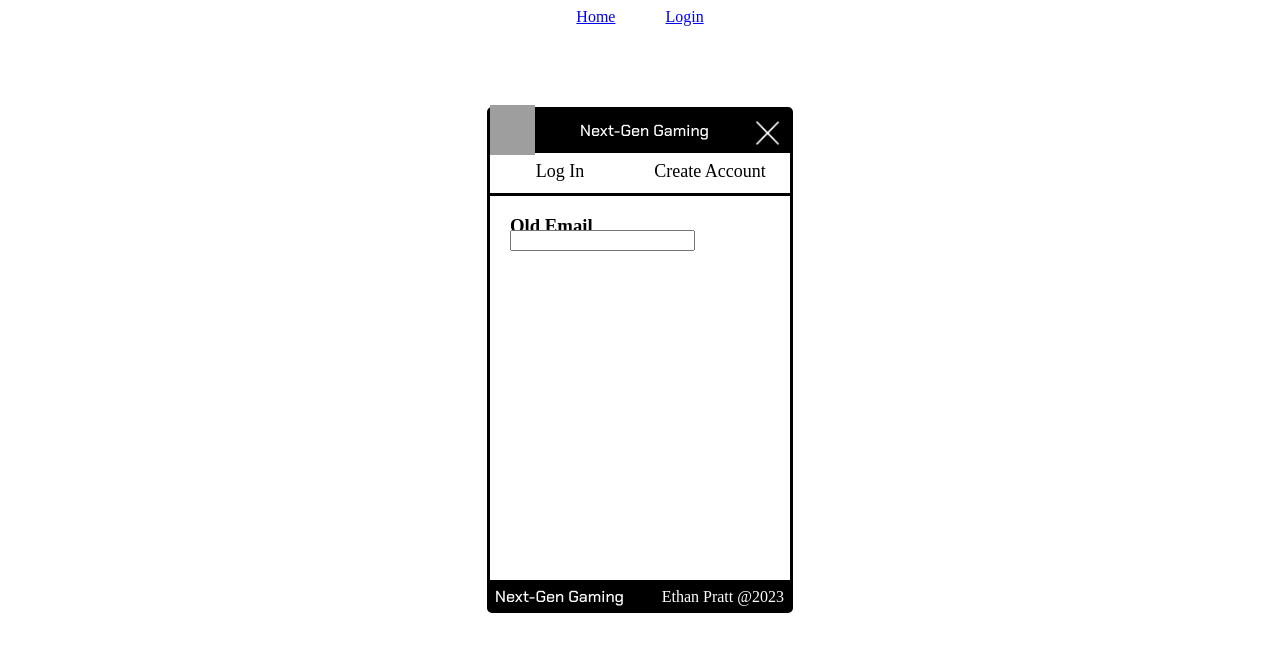
Repository: ghend99/login-page
Page: /change
The author's editor kept a copy of each file at every save. The page is drawn from the files as they stood at one save, then again after the next save.
The browser window is 1280 px wide. The pictures show the whole page.
Pictures or frames that could not be fetched are drawn as grey boxes. The project was rebuilt for these pictures with package versions that can differ from the ones it lists, and the page was loaded fresh each time. Also part of the build but not shown: src/css/Create2.css, src/pages/Home.tsx, src/config/firebase.ts, src/pages/Login.tsx, src/css/Create.css, src/pages/Create.tsx, src/pages/Create2.tsx.

Above is the page before, as saved 2023-02-15 14:36:53.

### src/App.tsx
import React from "react";
import { BrowserRouter as Router, Routes, Route, Link } from "react-router-dom";
import "./css/App.css";
import "./css/LogIn.css";
import "./css/Create2.css";
import { Home } from "./pages/Home";
import { Login } from "./pages/Login";
import { Create } from "./pages/Create";
import { Create2 } from "./pages/Create2";
import { Change } from "./pages/Change";
import { Navbar } from "./Navbar";
function App() {
  return (
    <div className="App">
      <Router>
        <Navbar />
        <Routes>
          <Route path="/" element={<Home />} />
          <Route path="/login" element={<Login />} />
          <Route path="/change" element={<Change />} />
          <Route path="/create" element={<Create />} />
          <Route path="/create2" element={<Create2 />} />
        </Routes>
      </Router>
    </div>
  );
}

export default App;

### src/css/App.css
.App {
  text-align: center;
}

.App-logo {
  height: 40vmin;
  pointer-events: none;
}

@media (prefers-reduced-motion: no-preference) {
  .App-logo {
    animation: App-logo-spin infinite 20s linear;
  }
}

.App-header {
  background-color: #282c34;
  min-height: 100vh;
  display: flex;
  flex-direction: column;
  align-items: center;
  justify-content: center;
  font-size: calc(10px + 2vmin);
  color: white;
}

.App-link {
  color: #61dafb;
}

@keyframes App-logo-spin {
  from {
    transform: rotate(0deg);
  }
  to {
    transform: rotate(360deg);
  }
}

button {
  cursor: pointer;
}

### src/css/LogIn.css
@import url("https://fonts.googleapis.com/css2?family=Caveat&family=Chakra+Petch:wght@500&display=swap");

.container {
  position: fixed;
  border: solid;
  border-radius: 5px;
  background-color: white;
  height: 500px;
  width: 10%;
  min-width: 300px;
  top: 50%;
  left: 50%;
  transform: translate(-50%, -50%);
  min-width: none;
}

.login-title {
  left: 50px;
}

.navbar-home {
  margin-right: 50px;
}

.main-link {
  position: relative;
  display: grid;
  grid-template-columns: 1fr 1fr;
  border-bottom: solid;
  padding-top: 5px;
  padding-bottom: 5px;
}

.main-link-login,
.main-link-create-account {
  margin-left: 20px;
  font-size: 12px;
  font-size: 18px;
}

.main-login-title {
  position: relative;
  display: flex;
  left: 40px;
  font-size: 20px;
  margin-top: 20px;
  margin-bottom: 10px;
  font-family: "Chakra Petch";
}

.login {
  position: relative;
  display: flex;
  flex-direction: column;
  justify-content: middle;
  width: 300px;
  left: 5%;
  height: 100px;
}

.login-email {
  position: absolute;
  display: flex;
  height: 30px;
  width: 250px;
  margin-top: 15px;
  border: solid;

  border-width: 2.5px;
  border-radius: 2px;
}

.login-email-2 {
  position: absolute;
  display: flex;
  height: 30px;
  width: 250px;
  margin-top: 15px;
  border: solid;
  border-color: orange;
  border-width: 2.5px;
  border-radius: 2px;
}

.login-password {
  position: absolute;
  display: flex;
  margin-top: 40px;
  border: solid;
  height: 30px;
  width: 250px;
  border-width: 2.5px;
  border-radius: 2px;

  vertical-align: center;
  top: 20px;
}

.show-password {
  position: relative;
  left: 90px;
  top: -33px;
}

.login-confirm {
  position: relative;
  display: flex;
  justify-content: center;
  width: 280px;
  height: 30px;
  left: -7px;
  top: 100px;
  margin-top: 15px;
  padding-top: 5px;
  padding-bottom: 5px;
  cursor: pointer;
}

.reset-password {
  display: flex;
  position: relative;
  top: 100px;
}

.login-break {
  position: relative;
  display: flex;
  top: 30px;
  justify-content: center;
}

.google-login {
  position: relative;
  display: flex;
  top: 20px;
  width: 280px;
  height: 30px;
  left: 8px;
  justify-content: center;
  padding-top: 5px;
  padding-bottom: 5px;
}

### src/pages/Change.tsx
import "../css/Change.css";
import { Header } from "../components/Header";
import { Footer } from "../components/Footer";
import { MainLink } from "../components/MainLink";

export const Change = () => {
  return (
    <div className="container-change">
      <Header />
      <MainLink />
      <main>
        <h3 className="change-email--title">Old Email</h3>
        <input className="change-email--input" />
      </main>
      <Footer />
    </div>
  );
};

### src/Navbar.tsx
import { Link } from "react-router-dom";

export const Navbar = () => {
  return (
    <div>
      <Link to="/" className="navbar-home">
        Home
      </Link>
      <Link to="/login">Login</Link>
    </div>
  );
};

### src/components/Header.tsx
import "../css/Header.css";
import { useNavigate } from "react-router-dom";
export const Header = () => {
  const navigate = useNavigate();

  const close = () => {
    navigate("/");
  };

  return (
    <div className="header">
      <img className="header-logo" src={require("../images/logo.png")} />
      <p className="header-title">Next-Gen Gaming</p>

      <img className="header-close" src={require("../images/Close.png")} />
      <button className="header-close--button" onClick={close} />
    </div>
  );
};

### src/components/Footer.tsx
import "../css/Footer.css";

export const Footer = () => {
  return (
    <div className="footer">
      <p className="footer-title">Next-Gen Gaming</p>
      <p className="footer-certification">Ethan Pratt @2023</p>
    </div>
  );
};

### src/components/MainLink.tsx
import { Link } from "react-router-dom";
import "../css/MainLink.css";

export const MainLink = () => {
  return (
    <div className="main-link">
      <Link className="main-link-login" to="/login">
        Log In
      </Link>
      <Link className="main-link-create-account" to="/create">
        Create Account
      </Link>
    </div>
  );
};

### src/css/Change.css
.container-change {
  position: fixed;
  border: solid;
  border-radius: 5px;
  background-color: white;
  height: 500px;
  width: 10%;
  min-width: 300px;
  top: 50%;
  left: 50%;
  transform: translate(-50%, -50%);
  min-width: none;
}

.change-email--title {
  position: absolute;
  display: flex;
  left: 20px;
}

.change-email--input {
  position: absolute;
  display: flex;
  top: 120px;
  left: 20px;
}

### src/css/Header.css
.header {
  position: relative;
  height: 40px;
  border-bottom: solid;
  background-color: black;
}

.header-logo {
  position: absolute;
  display: flex;
  top: -5px;
  height: 50px;
  width: 15%;
}

.header-title {
  position: absolute;
  display: flex;
  margin: 0;
  justify-content: center;
  left: 30%;
  top: 10px;
  font-family: "Chakra Petch";
  color: white;
}

.header-close {
  position: absolute;
  display: flex;
  right: 10px;
  top: 0;
  padding-top: 10px;
  padding-bottom: 10px;
  width: 25px;
  cursor: pointer;
}

.header-close--button {
  position: relative;
  display: flex;
  left: 257px;
  top: 5px;
  width: 37px;
  height: 33px;
  opacity: 0;
}

### src/css/Footer.css
.footer {
  position: fixed;
  height: 30px;
  background-color: black;
  bottom: 0;
  left: 0;
  right: 0;
}

.footer-title {
  position: absolute;
  display: flex;
  left: 5px;
  top: -10px;
  font-family: "Chakra Petch";
  color: white;
}

.footer-certification {
  position: absolute;
  display: flex;
  top: -8px;
  right: 6px;
  color: white;
}

### src/css/MainLink.css
.main-link {
  position: relative;
  display: grid;
  grid-template-columns: 1fr 1fr;
  border-bottom: solid;
  padding-top: 5px;
  padding-bottom: 5px;
  height: 30px;
}

.main-link-login {
  position: absolute;
  display: flex;
  left: 20px;
  margin-left: 20px;
  font-size: 12px;
  font-size: 18px;
  width: 60px;
  justify-content: center;
  padding-top: 8px;
  padding-bottom: 8px;
  text-decoration: none;
  color: black;
}

.main-link-login:hover,
.main-link-create-account:hover {
  border-bottom: solid;
  border-color: black;
}

.main-link-create-account {
  margin-right: 20px;
  font-size: 12px;
  font-size: 18px;
  position: absolute;
  display: flex;
  width: 120px;
  right: 0;
  justify-content: center;
  padding-top: 8px;
  padding-bottom: 8px;
  text-decoration: none;
  color: black;
}

Loaded but not shown: public/index.html (common file); src/index.tsx (common file)

After the next save:
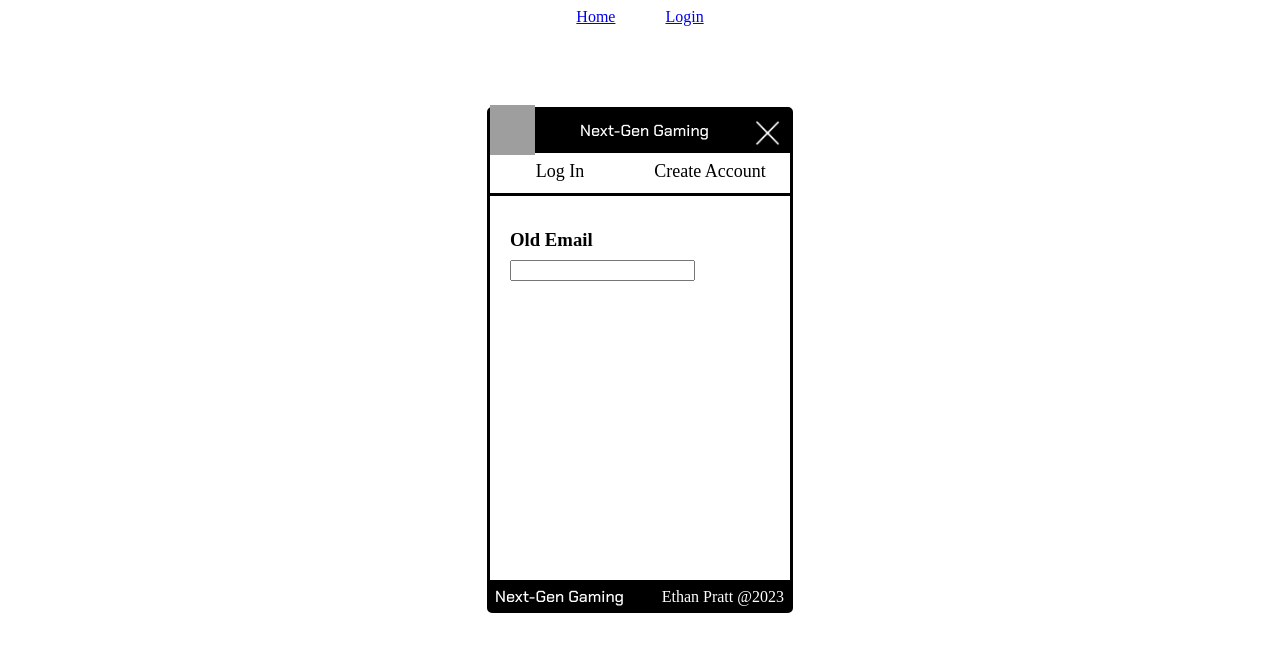
Saved 11 s later.
--- a/src/css/Change.css
+++ b/src/css/Change.css
@@ -15,12 +15,13 @@
 .change-email--title {
   position: absolute;
   display: flex;
+  top: 100px;
   left: 20px;
 }
 
 .change-email--input {
   position: absolute;
   display: flex;
-  top: 120px;
+  top: 150px;
   left: 20px;
 }
